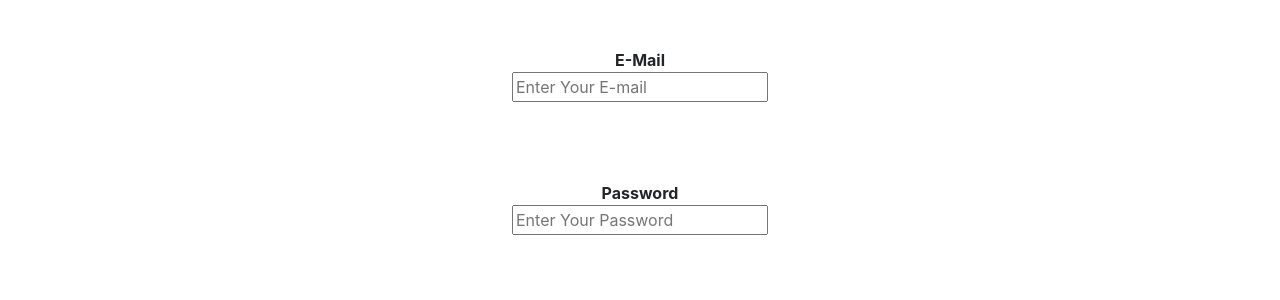
Repository: mariamkhaledsapra/E-Commerce-main
Page: /login
The author's editor kept a copy of each file at every save. The page is drawn from the files as they stood at one save, then again after the next save.
The browser window is 1280 px wide. The pictures show the whole page.
The project was rebuilt for these pictures with package versions that can differ from the ones it lists, and the page was loaded fresh each time. Also part of the build but not shown: src/components/Navbar.jsx.

Above is the page before, as saved 2024-02-13 21:37:40.

After the next save:
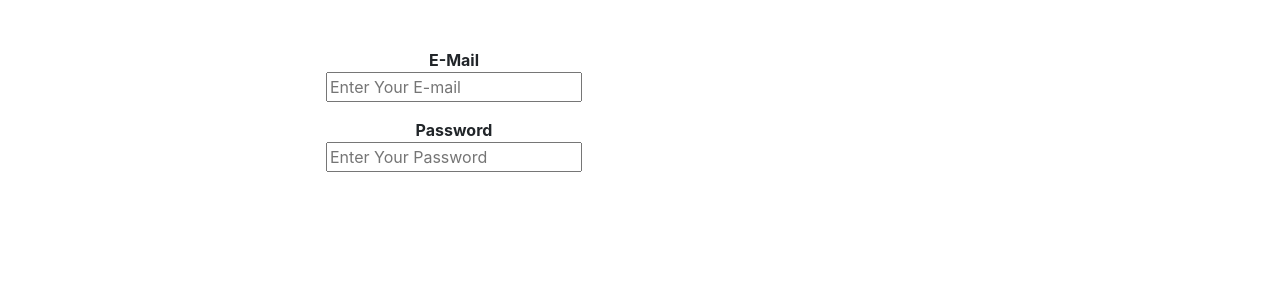
Saved 6 s later.
--- a/src/components/Login.jsx
+++ b/src/components/Login.jsx
@@ -3,7 +3,7 @@ import React from "react";
 const Login = () => {
   return (
     <div
-      className="container d-flex justify-content-center flex-wrap mt-5"
+      className="container  mt-5"
       style={{ height: "250px" }}
     >
       {" "}
